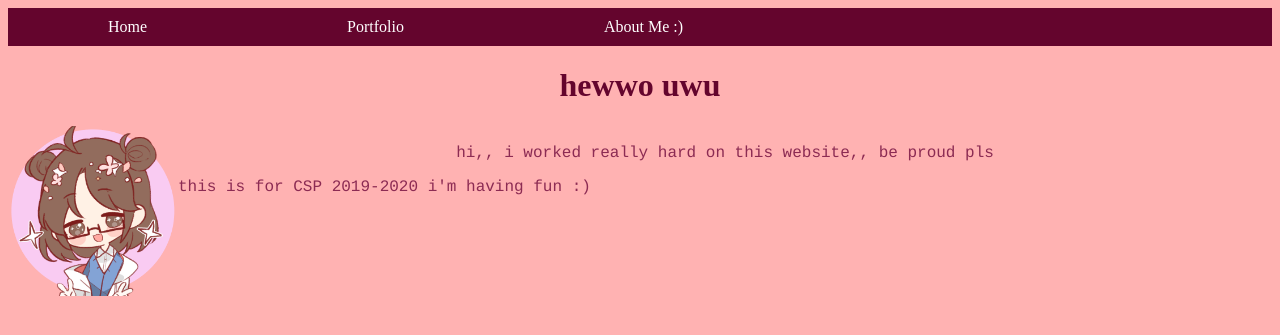
Repository: ycano1934/ycano1934.github.io
Page: my_website/about.html
The author's editor kept a record of every edit. The page is drawn from the files as they stood at one moment, then again after the next edit.
The browser window is 1280 px wide. The pictures show the whole page.

Above is the page before.

After the next edit:
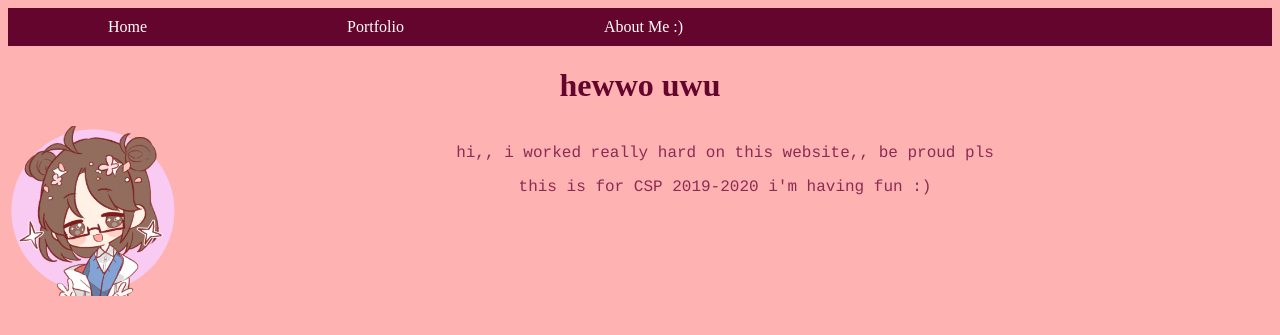
The edit:
--- a/my_website/about.html
+++ b/my_website/about.html
@@ -64,7 +64,7 @@
         <p id="paragraphlook" style="text-align:center;">
           <img src="images/avatar.png" height="170" width="170" style="float:left;"><br>
             hi,, i worked really hard on this website,, be proud pls</p>
-        <p id="paragraphlook">this is for CSP 2019-2020 i'm having fun :)</p>
+        <p id="paragraphlook" style="text-align:center;">this is for CSP 2019-2020 i'm having fun :)</p>
 
     </body>
 	</html>
